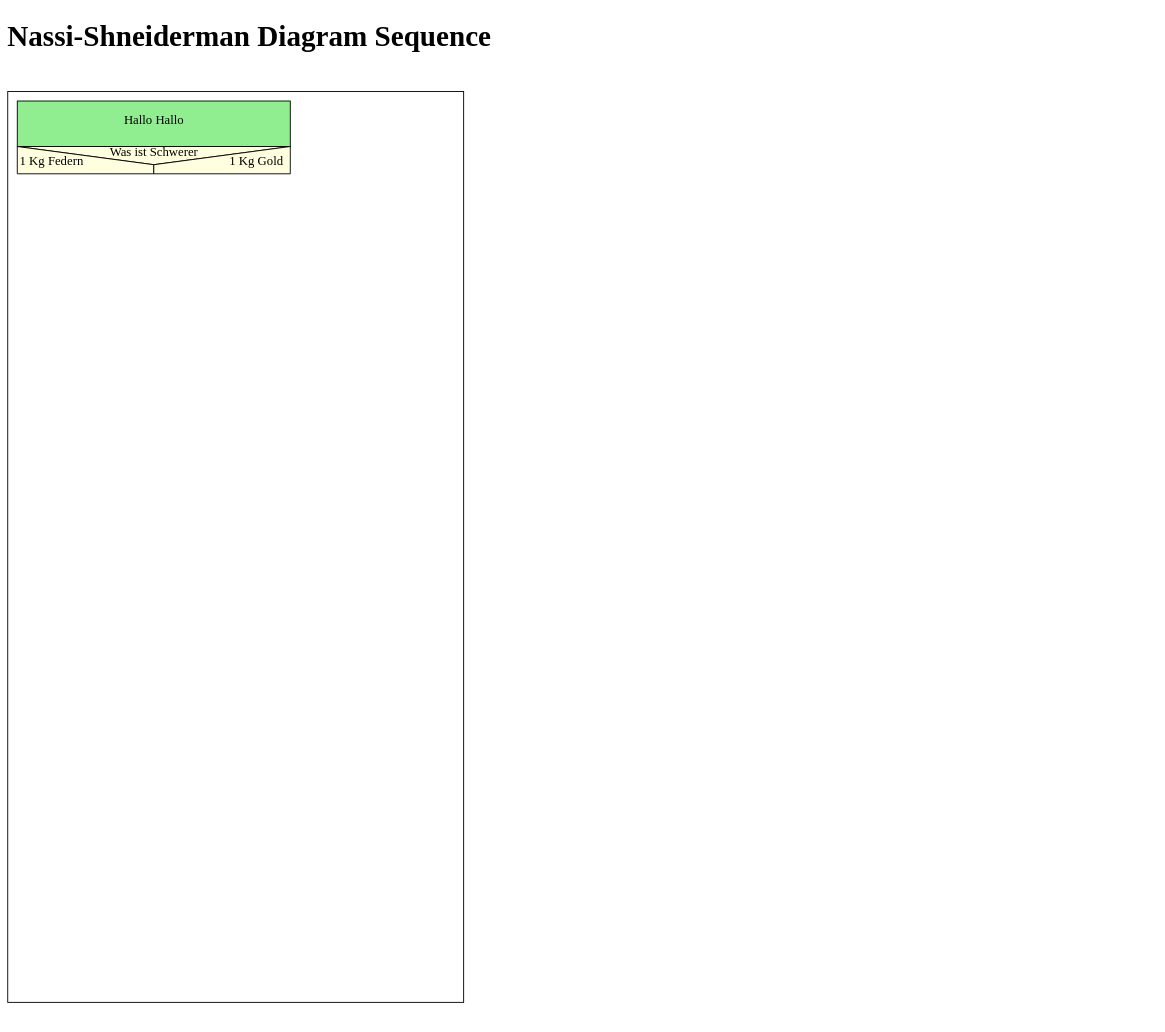
Repository: fabsch225/Nassi-Shneiderman-Compiler
Page: demo.html
These files come from the project's save history. The page is drawn as it stood at one moment and after the next save; the edit follows.
The browser window is 1280 px wide. The pictures show the whole page, at 91% of full size.

Above is the page before, as saved 2024-05-15 21:46:07.

After the next save:
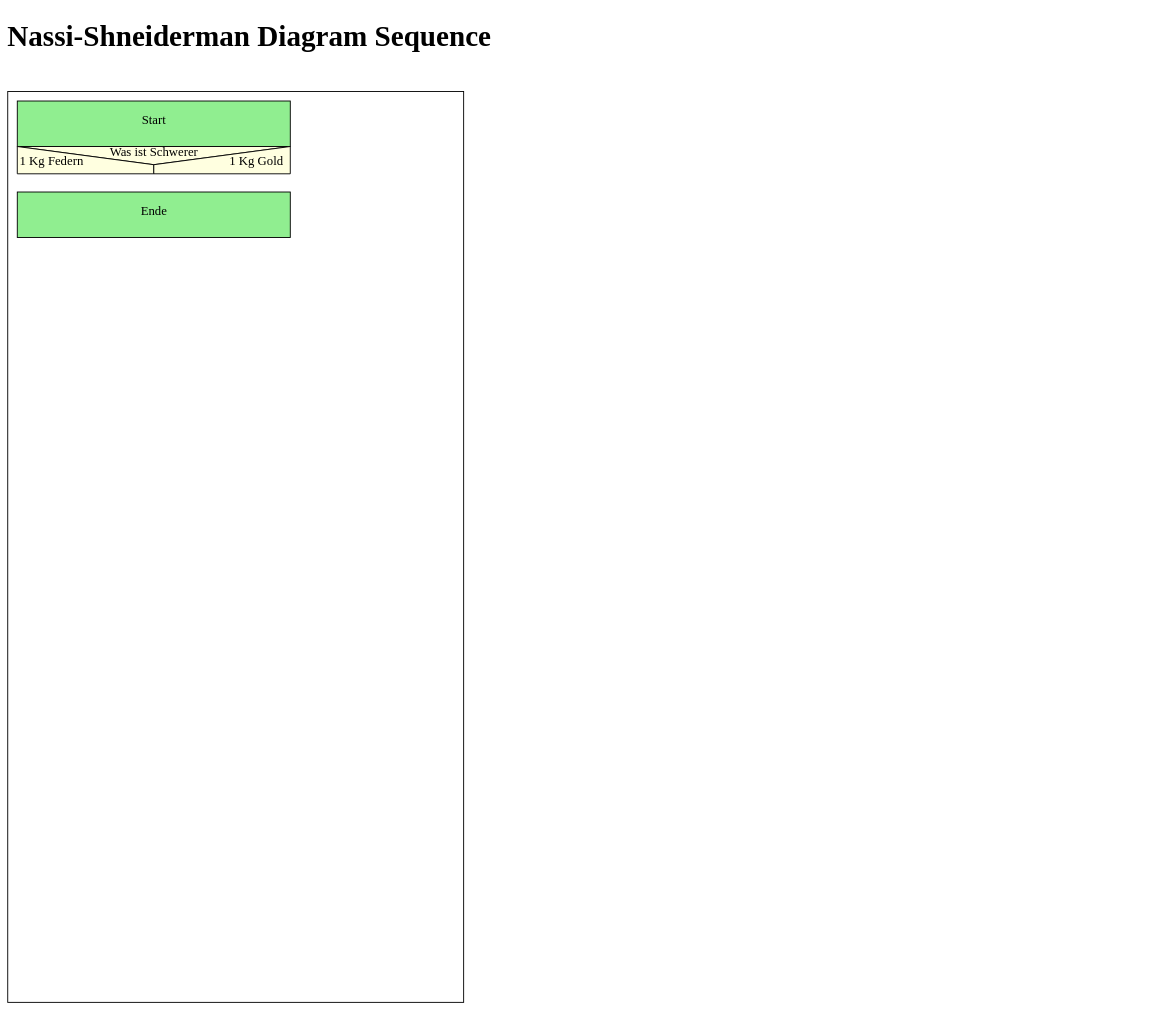
Saved 14 s later.
--- a/demo.html
+++ b/demo.html
@@ -19,9 +19,10 @@
 <svg id="canvas" ></svg>
 <script>
     var svgContainer = document.getElementById('canvas');
-    svgContainer.innerHTML += createSequenceBlock(10, 10, 300, 50, "Hallo Hallo").svgAppendix;
+    svgContainer.innerHTML += createSequenceBlock(10, 10, 300, 50, "Start").svgAppendix;
     var block = createDecisionBlock(10, 60, 300, 50, "Was ist Schwerer", "1 Kg Federn", "1 Kg Gold");
     svgContainer.innerHTML += block.svgAppendix;
+    svgContainer.innerHTML += createSequenceBlock(10, 110, 300, 50, "Ende").svgAppendix;
 </script>
 </body>
 </html>

After the 2 saves that followed:
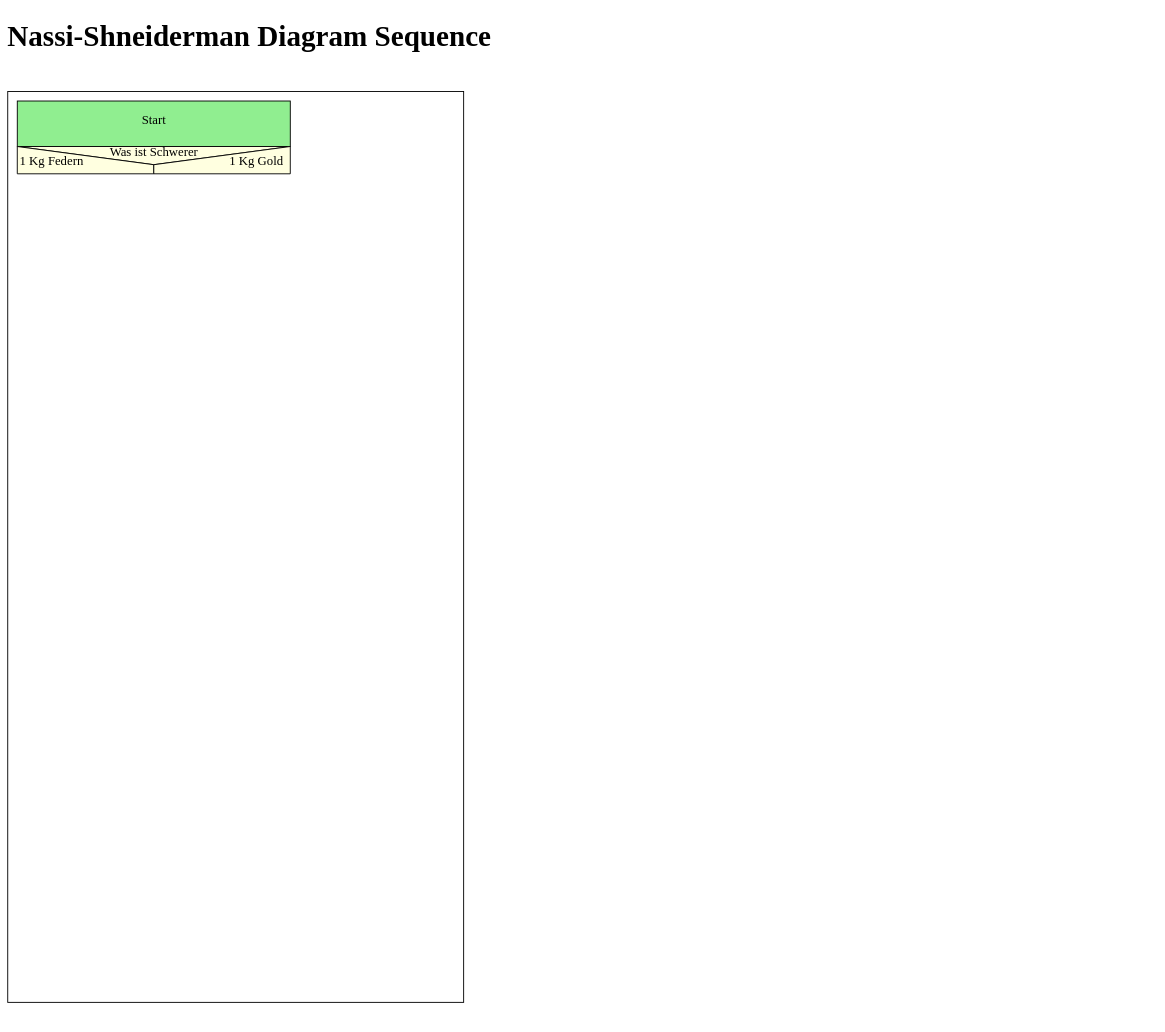
The 2 saves are shown as one change because 1 left the picture as it was.
The last was saved 112 s later.
--- a/demo.html
+++ b/demo.html
@@ -22,7 +22,10 @@
     svgContainer.innerHTML += createSequenceBlock(10, 10, 300, 50, "Start").svgAppendix;
     var block = createDecisionBlock(10, 60, 300, 50, "Was ist Schwerer", "1 Kg Federn", "1 Kg Gold");
     svgContainer.innerHTML += block.svgAppendix;
-    svgContainer.innerHTML += createSequenceBlock(10, 110, 300, 50, "Ende").svgAppendix;
+    var bounds1 = block.children[0];
+    var bounds2 = block.children[1];
+    var option1 = createSequenceBlock(bounds1.x, bounds1.y, bounds1.width, bounds1.height, "Das ist richtig");
+    var option1 = createSequenceBlock(bounds2.x, bounds2.y, bounds2.width, bounds2.height, "Das ist richtig");
 </script>
 </body>
 </html>
